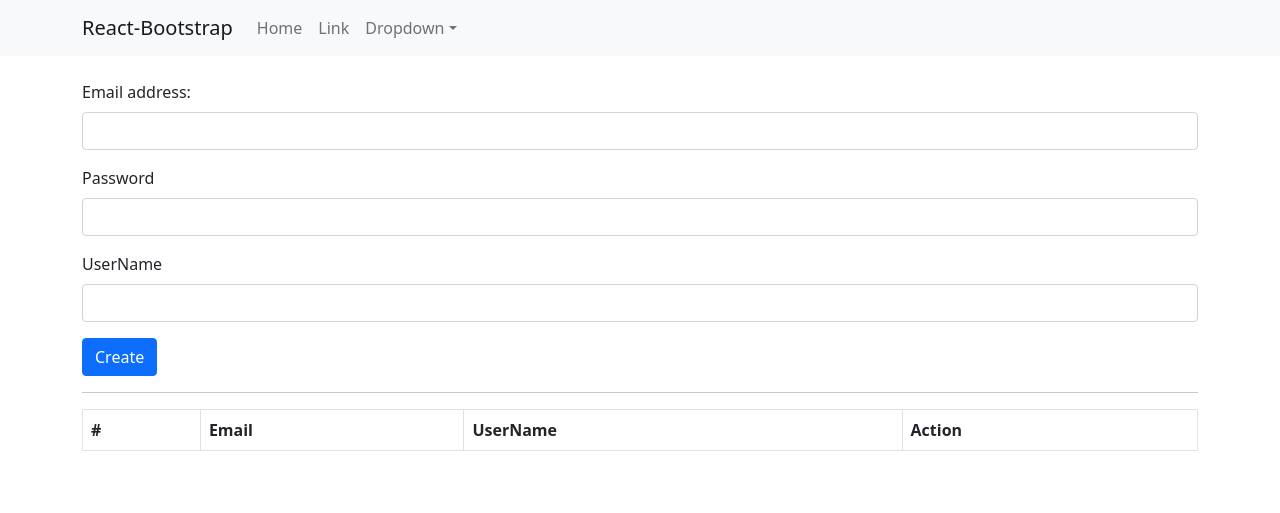
Repository: nnbxxx/-Redux-Ultimate---Redux
Page: /
The author's editor kept a copy of each file at every save. The page is drawn from the files as they stood at one save, then again after a run of saves.
The browser window is 1280 px wide. The pictures show the whole page.
The page's requests for data from a server got no answer. The project was rebuilt for these pictures with package versions that can differ from the ones it lists, and the page was loaded fresh each time. No one was signed in, and anything a server would have sent is missing.

Above is the page before, as saved 2023-04-22 10:37:49.

### src/index.js
import React from "react";
import ReactDOM from "react-dom";
import "./index.css";
import App from "./App";
import reportWebVitals from "./reportWebVitals";
import { Provider } from "react-redux";
import store from "./redux/store";
import "bootstrap/dist/css/bootstrap.min.css";
ReactDOM.render(
  <Provider store={store}>
    <React.StrictMode>
      <App />
    </React.StrictMode>
  </Provider>,
  document.getElementById("root")
);

// If you want to start measuring performance in your app, pass a function
// to log results (for example: reportWebVitals(console.log))
// or send to an analytics endpoint. Learn more: https://bit.ly/CRA-vitals
reportWebVitals();

### src/App.js
// import "./App.css";
import Home from "./components/Home";
function App(props) {
  return (
    <div className='App'>
      <Home />
    </div>
  );
}
export default App;

### src/redux/store.js
import { createStore, applyMiddleware } from "redux";
import thunkMiddleware from "redux-thunk";
import rootReducer from "../reducer/rootReducer.js";
import { composeWithDevTools } from "redux-devtools-extension";
const store = createStore(
  rootReducer,
  composeWithDevTools(applyMiddleware(thunkMiddleware))
);

export default store;

### src/components/Home.js
import FormAddNew from "./FormAddNew";
import Header from "./Header";
import TableUser from "./TableUser";

const Home = (props) => {
  return (
    <>
      <Header />
      <FormAddNew />
      <TableUser />
    </>
  );
};
export default Home;

### src/reducer/rootReducer.js
import { combineReducers } from "redux";

import counterReducer from "./counterReducer.js";
import userReducer from "./userReducer.js";

const rootReducer = combineReducers({
  counter: counterReducer,
  user: userReducer,
});

export default rootReducer;

### src/components/FormAddNew.js
import Container from "react-bootstrap/Container";
import Button from "react-bootstrap/Button";
import Form from "react-bootstrap/Form";

const FormAddNew = (props) => {
  return (
    <>
      <Container>
        <br />
        <Form>
          <Form.Group className='mb-3'>
            <Form.Label>Email address: </Form.Label>
            <Form.Control type='email' />
          </Form.Group>
          <Form.Group className='mb-3'>
            <Form.Label>Password</Form.Label>
            <Form.Control type='password' />
          </Form.Group>
          <Form.Group className='mb-3'>
            <Form.Label>UserName</Form.Label>
            <Form.Control type='text' />
          </Form.Group>
        </Form>
        <Button variant='primary'>Create</Button>
      </Container>
    </>
  );
};
export default FormAddNew;

### src/components/Header.js
import Container from "react-bootstrap/Container";
import Nav from "react-bootstrap/Nav";
import Navbar from "react-bootstrap/Navbar";
import NavDropdown from "react-bootstrap/NavDropdown";
const Header = () => {
  return (
    <>
      <Navbar bg='light' expand='lg'>
        <Container>
          <Navbar.Brand href='#home'>React-Bootstrap</Navbar.Brand>
          <Navbar.Toggle aria-controls='basic-navbar-nav' />
          <Navbar.Collapse id='basic-navbar-nav'>
            <Nav className='me-auto'>
              <Nav.Link href='#home'>Home</Nav.Link>
              <Nav.Link href='#link'>Link</Nav.Link>
              <NavDropdown title='Dropdown' id='basic-nav-dropdown'>
                <NavDropdown.Item href='#action/3.1'>Action</NavDropdown.Item>
                <NavDropdown.Item href='#action/3.2'>
                  Another action
                </NavDropdown.Item>
                <NavDropdown.Item href='#action/3.3'>
                  Something
                </NavDropdown.Item>
                <NavDropdown.Divider />
                <NavDropdown.Item href='#action/3.4'>
                  Separated link
                </NavDropdown.Item>
              </NavDropdown>
            </Nav>
          </Navbar.Collapse>
        </Container>
      </Navbar>
    </>
  );
};
export default Header;

### src/components/TableUser.js
import Container from "react-bootstrap/Container";
import Table from "react-bootstrap/Table";
import axios from "axios";
import { useEffect } from "react";
import { Button } from "react-bootstrap";
import { useDispatch, useSelector } from "react-redux";
import { fetchAllUser } from "../action/actions";
const TableUser = (props) => {
  const listUsers = useSelector((state) => state.user.listUsers);
  const isLoading = useSelector((state) => state.user.isLoading);
  const isError = useSelector((state) => state.user.isError);
  const dispatch = useDispatch();
  const handleDelete = (user) => {
    console.log(user);
  };
  useEffect(() => {
    dispatch(fetchAllUser());
  }, []);
  return (
    <Container>
      <hr />
      <Table striped bordered hover>
        <thead>
          <tr>
            <th>#</th>
            <th>Email</th>
            <th>UserName</th>
            <th>Action</th>
          </tr>
        </thead>
        <tbody>
          {listUsers &&
            listUsers.length > 0 &&
            listUsers.map((item, index) => {
              return (
                <tr key={`users-${index}`}>
                  <td>{index + 1}</td>
                  <td>{item.email}</td>
                  <td>{item.username}</td>
                  <td>
                    <Button variant='warning'>Edit</Button>{" "}
                    <Button
                      variant='danger'
                      onClick={(e) => {
                        handleDelete(item);
                      }}
                    >
                      Delete
                    </Button>{" "}
                  </td>
                </tr>
              );
            })}
        </tbody>
      </Table>
    </Container>
  );
};
export default TableUser;

### src/reducer/counterReducer.js
import { INCREMENT, DECREMENT } from "../action/types.js";

const INITIAL_STATE = {
  count: 0,
};

const reducer = (state = INITIAL_STATE, action) => {
  switch (action.type) {
    case INCREMENT:
      return {
        ...state,
        count: state.count + 1,
      };

    case DECREMENT:
      return {
        ...state,
        count: state.count - 1,
      };

    default:
      return state;
  }
};

export default reducer;

### src/reducer/userReducer.js
import {
  FETCH_USER_REQUEST,
  FETCH_USER_SUCCESS,
  FETCH_USER_ERROR,
} from "../action/types.js";

const INITIAL_STATE = {
  listUsers: [],
  isLoading: false,
  isError: false,
};

const userReducer = (state = INITIAL_STATE, action) => {
  switch (action.type) {
    case FETCH_USER_REQUEST:
      return {
        ...state,
        isLoading: true,
        isError: false,
      };

    case FETCH_USER_SUCCESS:
      return {
        ...state,
        listUsers: action.dataUsers,
        isLoading: false,
        isError: false,
      };
    case FETCH_USER_ERROR:
      return {
        ...state,
        isLoading: false,
        isError: true,
      };

    default:
      return state;
  }
};

export default userReducer;

### src/action/actions.js
import axios from "axios";
import {
  INCREMENT,
  DECREMENT,
  FETCH_USER_REQUEST,
  FETCH_USER_SUCCESS,
  FETCH_USER_ERROR,
} from "./types.js";

export const increaseCounter = () => {
  return {
    type: INCREMENT,
  };
};

export const decreaseCounter = () => {
  return {
    type: DECREMENT,
  };
};
export const fetchAllUser = () => {
  return async (dispatch, getState) => {
    dispatch(fetchUserRequest());
    try {
      const re = await axios.get("http://localhost:8080/users/all");
      const data = re && re.data ? re.data : [];
      dispatch(fetchUserSuccess(data));
    } catch (error) {
      console.log("🚀 ~ file: actions.js:29 ~ return ~ error:", error);
      dispatch(fetchUserError());
    }
  };
};
export const fetchUserRequest = () => {
  return {
    type: FETCH_USER_REQUEST,
  };
};

export const fetchUserSuccess = (data) => {
  return {
    type: FETCH_USER_SUCCESS,
    dataUsers: data,
  };
};

export const fetchUserError = () => {
  return {
    type: FETCH_USER_ERROR,
  };
};

### src/action/types.js
export const INCREMENT = "INCREMENT";

export const DECREMENT = "DECREMENT";
export const FETCH_USER_REQUEST = "FETCH_USER_REQUEST";
export const FETCH_USER_SUCCESS = "FETCH_USER_SUCCESS";
export const FETCH_USER_ERROR = "FETCH_USER_ERROR";

Loaded but not shown: public/index.html (common file); src/index.css (common file); src/reportWebVitals.js (common file)

After the next 3 saves:
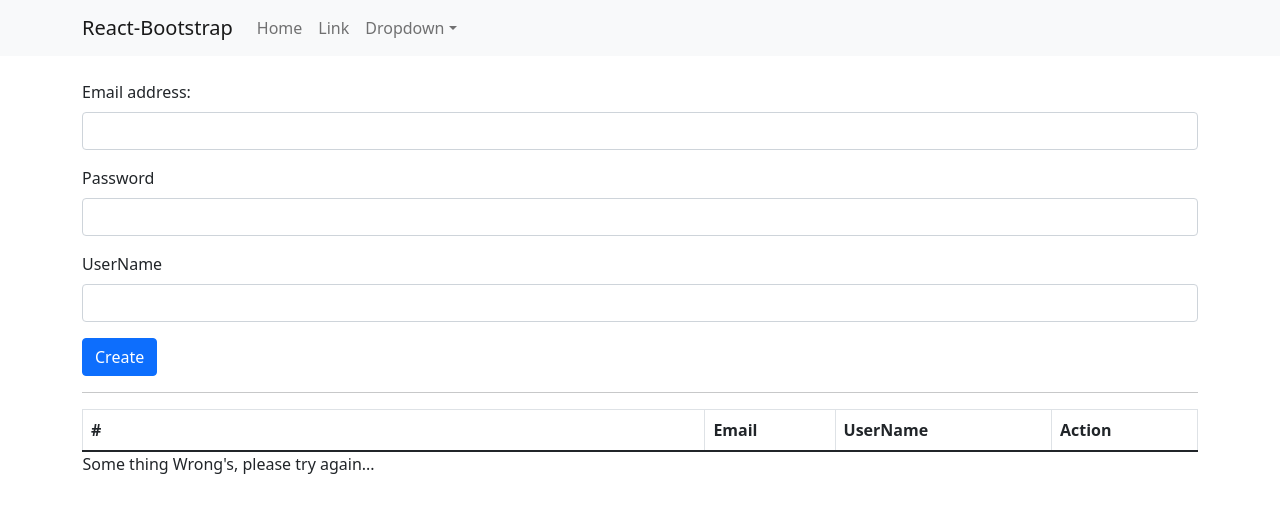
The 3 saves are shown as one change because 1 did not build or start and some came seconds apart.
The last was saved 96 s later.
--- a/src/components/TableUser.js
+++ b/src/components/TableUser.js
@@ -29,6 +29,13 @@ const TableUser = (props) => {
           </tr>
         </thead>
         <tbody>
+          {isError === true ? (
+            <>
+              <div>Some thing Wrong's, please try again...</div>
+            </>
+          ) : (
+            <></>
+          )}
           {listUsers &&
             listUsers.length > 0 &&
             listUsers.map((item, index) => {
